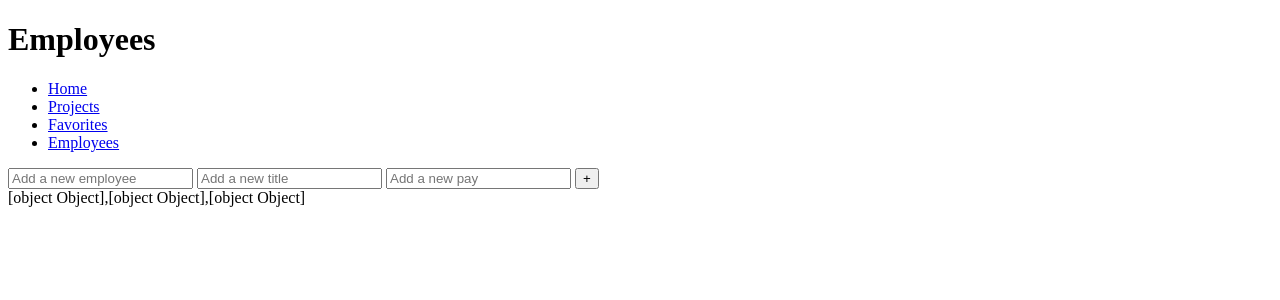
Repository: Kayla-amr/workApp
Page: client/employees.html
The author's editor kept a copy of each file at every save. The page is drawn from the files as they stood at one save, then again after the next save.
The browser window is 1280 px wide. The pictures show the whole page.

Above is the page before, as saved 2023-12-04 06:26:20.

### client/employees.html
<!DOCTYPE html>
<html lang="en">
<head>
    <meta charset="UTF-8">
    <meta name="viewport" content="width=device-width, initial-scale=1.0">
    <title>Work Management App : Employees</title>
</head>
<body>
    <div class="app">
        <h1>Employees</h1>

        <nav>
            <ul>
                <li><a href="./index.html">Home</a></li>
                <li><a href="./projects.html">Projects</a></li>
                <li><a href="./favorites.html">Favorites</a></li>
                <li><a href="./employees.html">Employees</a></li>
            </ul>
        </nav>
        <div class="input">
            <input class="userEName" type="text" placeholder="Add a new employee">
            <input class="userETitle" type="text" placeholder="Add a new title">
            <input class="userEPay" type="text" placeholder="Add a new pay">

            <button class="addEInput">+</button>

        <div class="employee">


        </div>
</body>
<script src="./src/main.js"></script>
</html>

### client/src/main.js
let employees = [
    {
        id: 1,
        name: 'John Doe',
        title: 'CEO',
        pay: 17.25
    },
    {
        id: 2,
        name: 'Steve Smith',
        title: 'CTO',
        pay: 15.75
    },
    {
        id: 3,
        name: 'Jane Doe',
        title: 'CFO',
        pay: 16.00
    }
];

let equipment = [
    {
        id: 1,
        name: 'cement',
    },
    {
        id: 2,
        name: 'trailer',
    },
    {
        id: 3,
        name: 'truck',
    }
];

let projects = [
    {
        id: 1,
        name: 'Project 1',
        description: 'This is a project description',
        equipment: [ 'cement', 'trailer', 'truck' ],
        employees:['John Doe', 'Steve Smith'],
        cost: 1234.56
    },
    {
        id: 2,
        name: 'Project 2',
        description: 'This is a project description',
        equipment: [ 'cement', 'trailer', 'truck' ],
        employees:['Jane Doe', 'Steve Smith'],
        cost: 1234.56
    },
    {
        id: 3,
        name: 'Project 3',
        description: 'This is a project description',
        equipment: [ 'cement', 'trailer', 'truck' ],
        employees:['John Doe', 'Jane Doe'],
        cost: 1234.56
    }
];

let employeeList = document.querySelector('.employee');
let projectList = document.querySelector('.project');
let equipmentList = document.querySelector('.equipment');

function createEmployeeLi(employee) {
    let li = document.createElement('li');
    li.setAttribute('id', employee.id);
    li.innerText = [employee.name, employee.title, employee.pay]
    return li;
}


function addEmployee() {
    let userEName = document.querySelector('.userEName');
    let userETitle = document.querySelector('.userETitle');
    let userEPay = document.querySelector('.userEPay');
    let newEmployee = {
        id: employees.length + 1,
        name: userEName.value,
        title: userETitle.value,
        pay: userEPay.value
    };

    employees.push(newEmployee);
    viewWork(employees);
}

addEInput = document.querySelector('.addEInput');
addEInput.addEventListener('click', (event) => {
    addEmployee();
    viewWork(employees);
}
);

function viewWork(employees) {
    employeeList.innerText = '';

    employees.forEach((employee) => {

        let li = createEmployeeLi(employee);
        employeeList.appendChild(li);
    });

    document.querySelector('.employee').innerHTML = employees;
}

viewWork(employees)

After the next save:
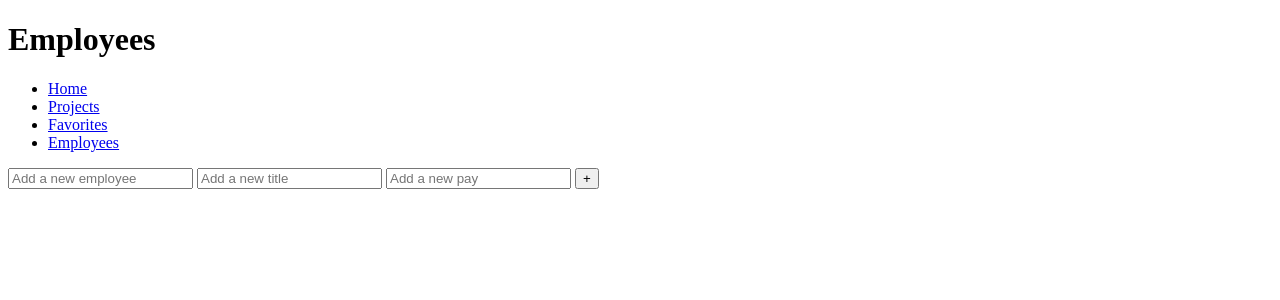
Console error: SyntaxError: Invalid or unexpected token
Saved 29 s later.
--- a/client/src/main.js
+++ b/client/src/main.js
@@ -104,7 +104,7 @@
         employeeList.appendChild(li);
     });
 
-    document.querySelector('.employee').innerHTML = employees;
+    document.querySelector('.employ;
 }
 
 viewWork(employees)

After the save that followed:
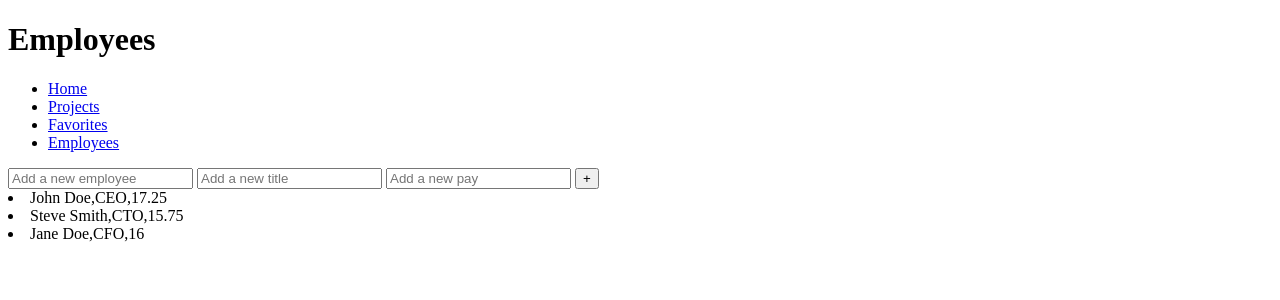
The error is gone.
Saved 8 s later.
--- a/client/src/main.js
+++ b/client/src/main.js
@@ -104,7 +104,6 @@
         employeeList.appendChild(li);
     });
 
-    document.querySelector('.employ;
 }
 
 viewWork(employees)
